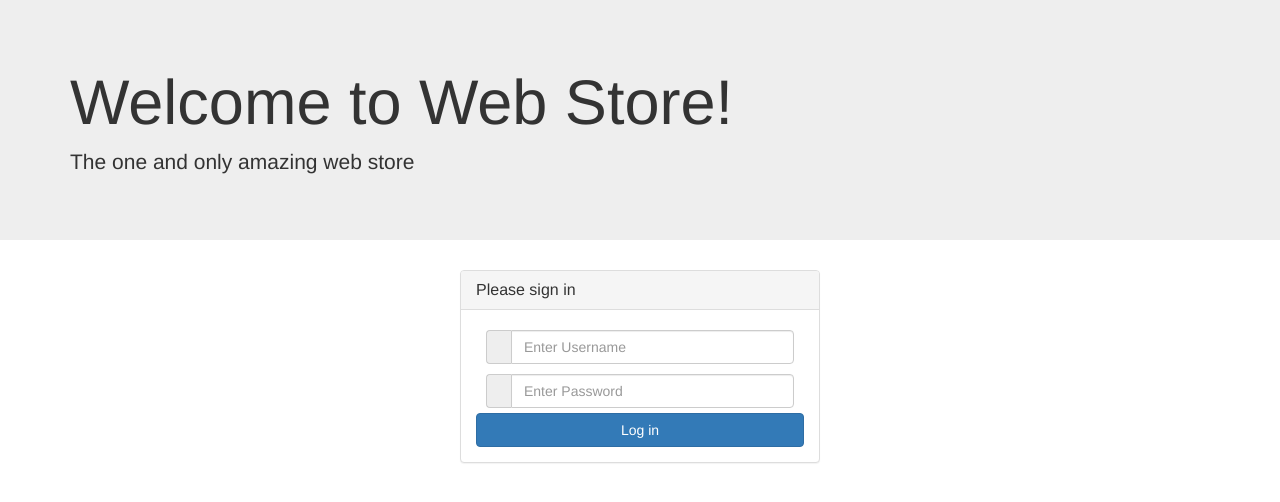
Repository: jdfost1/BudgetBuddy
Page: http://localhost/budgetbuddy/login
An editor plug-in stored every save of this project. The page is shown before and after the next save, followed by the edit.
The browser window is 1280 px wide. The pictures show the whole page.
Some web libraries are served in a nearby version. The page is served by Tomcat 9. Other server files are loaded and not shown.

Above is the page before, as saved 2018-10-09 05:41:35.

### budgetbuddy/src/main/webapp/WEB-INF/jsp/login.jsp
<%@ taglib prefix="c" uri="http://java.sun.com/jsp/jstl/core"%>
<%@ taglib prefix="form" uri="http://www.springframework.org/tags/form"%>
<%@ taglib prefix="spring" uri="http://www.springframework.org/tags"%>
<!DOCTYPE html>
<html>
<head>
<meta http-equiv="Content-Type" content="text/html; charset=ISO-8859-1">
<link rel="stylesheet"
   href="//netdna.bootstrapcdn.com/bootstrap/3.0.0/css/bootstrap.min.css">
<title>Products</title>
</head>
<body>
   <section>
      <div class="jumbotron">
         <div class="container">
            <h1>Welcome to Web Store!</h1>
            <p>The one and only amazing web store</p>
         </div>
      </div>
   </section>
   <div class="container">
      <div class="row">
         <div class="col-md-4 col-md-offset-4">
            <div class="panel panel-default">
               <div class="panel-heading">
                  <h3 class="panel-title">Please sign in</h3>
               </div>
               <div class="panel-body">
<c:url var="loginUrl" value="/login" />
                  <form action="${loginUrl}" method="post" class="form-horizontal">

                     <c:if test="${param.error != null}">
                        <div class="alert alert-danger">
                           <p>Invalid username and password.</p>
                        </div>
                     </c:if>

                     <c:if test="${param.logout != null}">
                        <div class="alert alert-success">
                           <p>You have been logged out successfully.</p>
                        </div>
                     </c:if>

                     <c:if test="${param.accessDenied != null}">
                        <div class="alert alert-danger">
                           <p>Access Denied: You are not authorised! </p>
                        </div>
                     </c:if>

                     <div class="input-group input-sm">
                        <label class="input-group-addon" for="username"><i
                           class="fa fa-user"></i></label> <input type="text" class="form-control"
                           id="userId" name="userId" placeholder="Enter Username"
                           required>
                     </div>
                     <div class="input-group input-sm">
                        <label class="input-group-addon" for="password"><i
                           class="fa fa-lock"></i></label> <input type="password"
                           class="form-control" id="password" name="password"
                           placeholder="Enter Password" required>
                     </div>

                     <div class="form-actions">
                        <input type="submit"
                           class="btn btn-block btn-primary btn-default" value="Log in">
                     </div>
                  </form>
               </div>
            </div>
         </div>
      </div>
   </div>
</body>

After the next save:
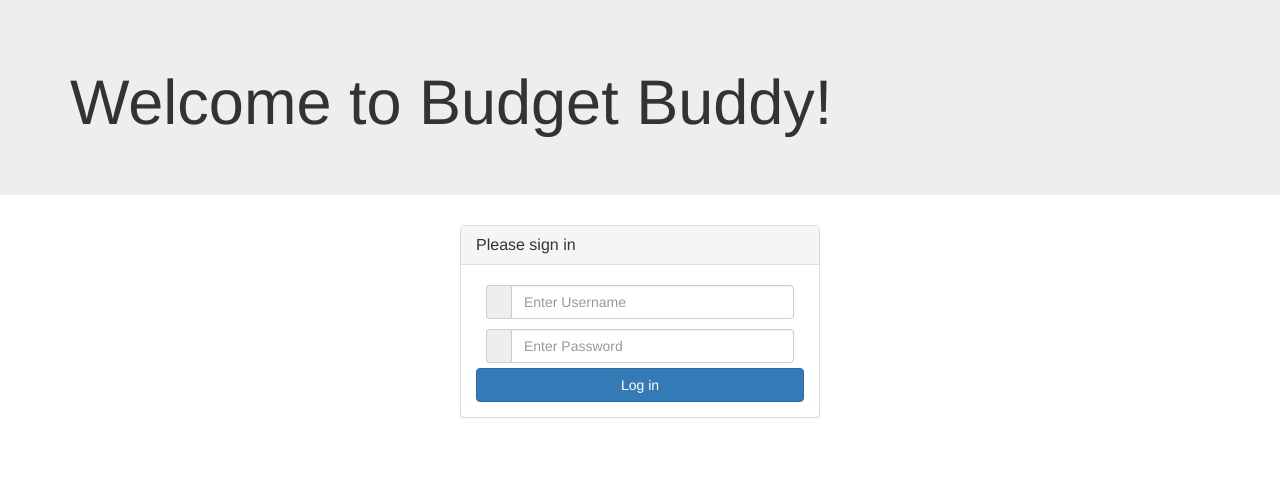
Saved 3 min 16 s later.
--- a/budgetbuddy/src/main/webapp/WEB-INF/jsp/login.jsp
+++ b/budgetbuddy/src/main/webapp/WEB-INF/jsp/login.jsp
@@ -13,8 +13,8 @@
    <section>
       <div class="jumbotron">
          <div class="container">
-            <h1>Welcome to Web Store!</h1>
-            <p>The one and only amazing web store</p>
+            <h1>Welcome to Budget Buddy!</h1>
+
          </div>
       </div>
    </section>
